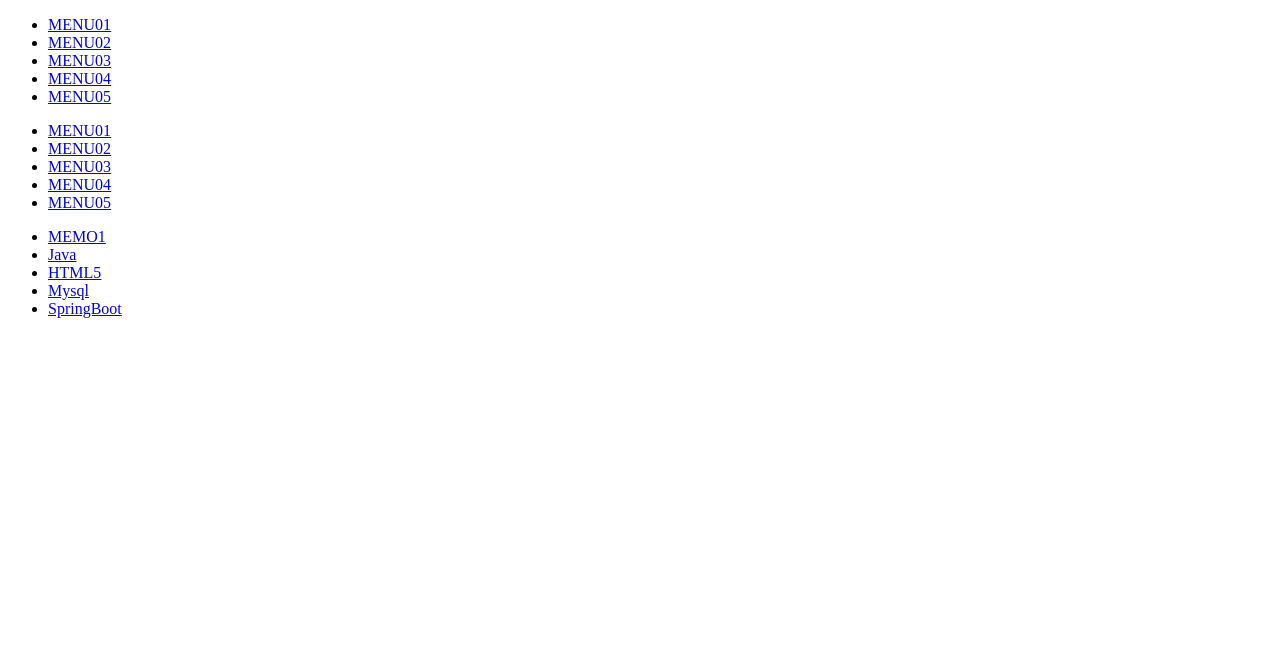
Repository: kimyoda/HomePratice
Page: Javawork/javascript/src/main/webapp/pratice/ex4_menu.html
An editor plug-in stored every save of this project. The page is shown before and after the next save, followed by the edit.
The browser window is 1280 px wide. The pictures show the whole page.
Some web fonts or font styles are not loaded; a fallback is used.

Above is the page before, as saved 2023-09-27 15:24:32.

After the next save:
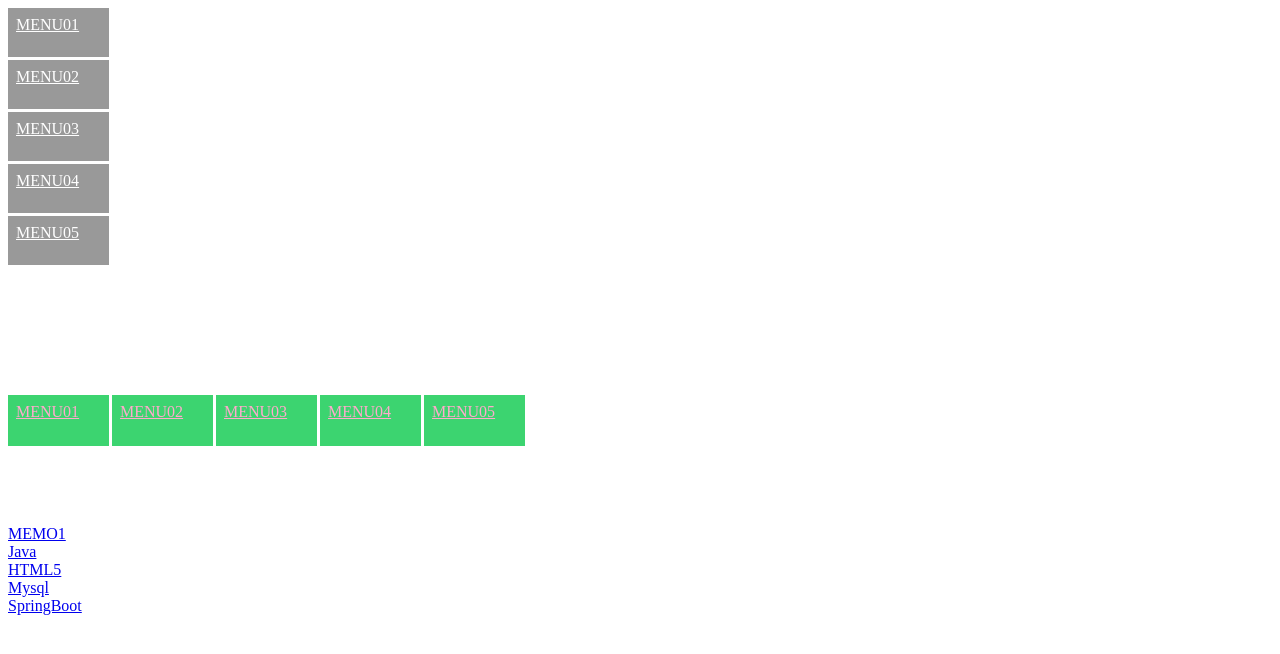
Saved 14 min 32 s later.
--- a/Javawork/javascript/src/main/webapp/pratice/ex4_menu.html
+++ b/Javawork/javascript/src/main/webapp/pratice/ex4_menu.html
@@ -10,6 +10,82 @@
 	<style>
 		body * {
 			font-family: 'Jua';
+		}
+
+		nav, ul, li{
+			margin: 0;
+			padding: 0;
+		}
+
+		nav {
+			display: block;
+		}
+
+		ul, li{
+			list-style: none;
+		}
+
+		ul{
+			margin-bottom: 30px;
+		}
+
+		a{
+			text-decoration: nono;
+		}
+
+		.clear{
+			clear: both;/*float: left 속성 해제*/
+		}
+
+		.menu1 li a{
+			background-color: #999;
+			color: #fff;
+			width: 85px;
+			display: block;
+			margin-bottom: 3px;
+			height: 33px;
+			padding: 8px;
+			transition: width 1.5s;
+
+		}
+
+		.menu1 li a:hover{
+			color: #900;
+			letter-spacing: 3px;
+			width: 400px;
+		}
+
+		.menu2{
+			height: 100px;
+		}
+
+		.menu2 li a {
+			font-family: 'Comic Sans MS';
+			float: left;
+			background-color: #3cd470;
+			color: #fac;
+			margin-right: 3px;
+			width: 85px;
+			height: 35px;
+			padding: 8px;
+			transition: height 1.2s;
+		}
+
+		.menu2 li a:hover{
+			background-color: #afeeee;
+			color: #db7093;
+			height: 100px;
+		}
+
+		.menu3 li a{
+			float: left;
+			background-color: #87cdfa;
+			color: #fff;
+			margin-left: 3px;
+			width: 85px;
+			height: 30px;
+			padding: 10px;
+
 		}
 	</style>
 	<script>
